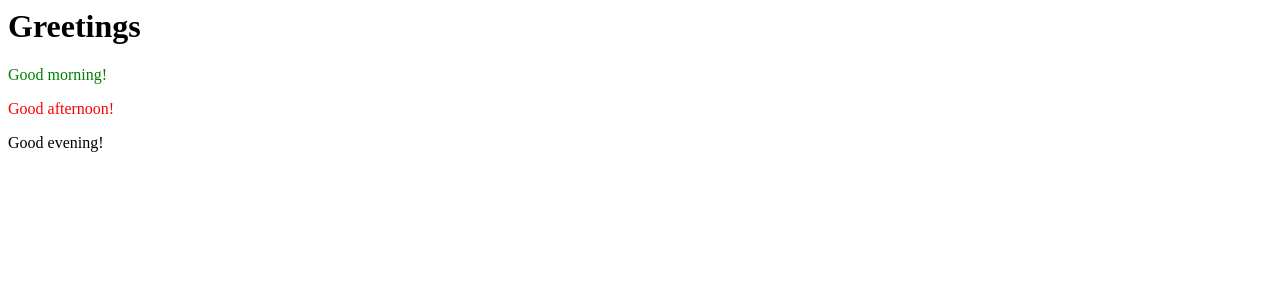
Repository: erinakatagiri/gomi
Page: test.html
The author's editor kept a record of every edit. The page is drawn from the files as they stood at one moment, then again after the next edit.
The browser window is 1280 px wide. The pictures show the whole page.

Above is the page before.

After the next edit:
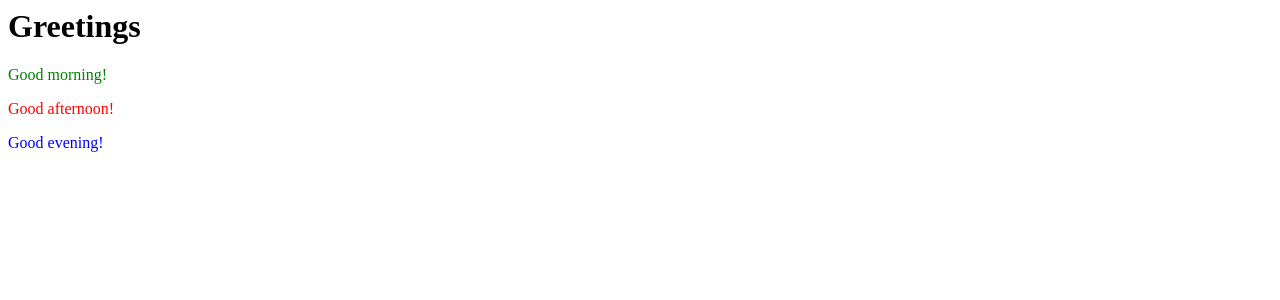
The edit:
--- a/test.html
+++ b/test.html
@@ -19,7 +19,12 @@
       </style>
     Good afternoon!
     </p>
-    <p>
+    <p class="evening">
+      <style>
+        .evening{
+          color: blue;
+        }
+      </style>
     Good evening!
     </p>
   </div>
